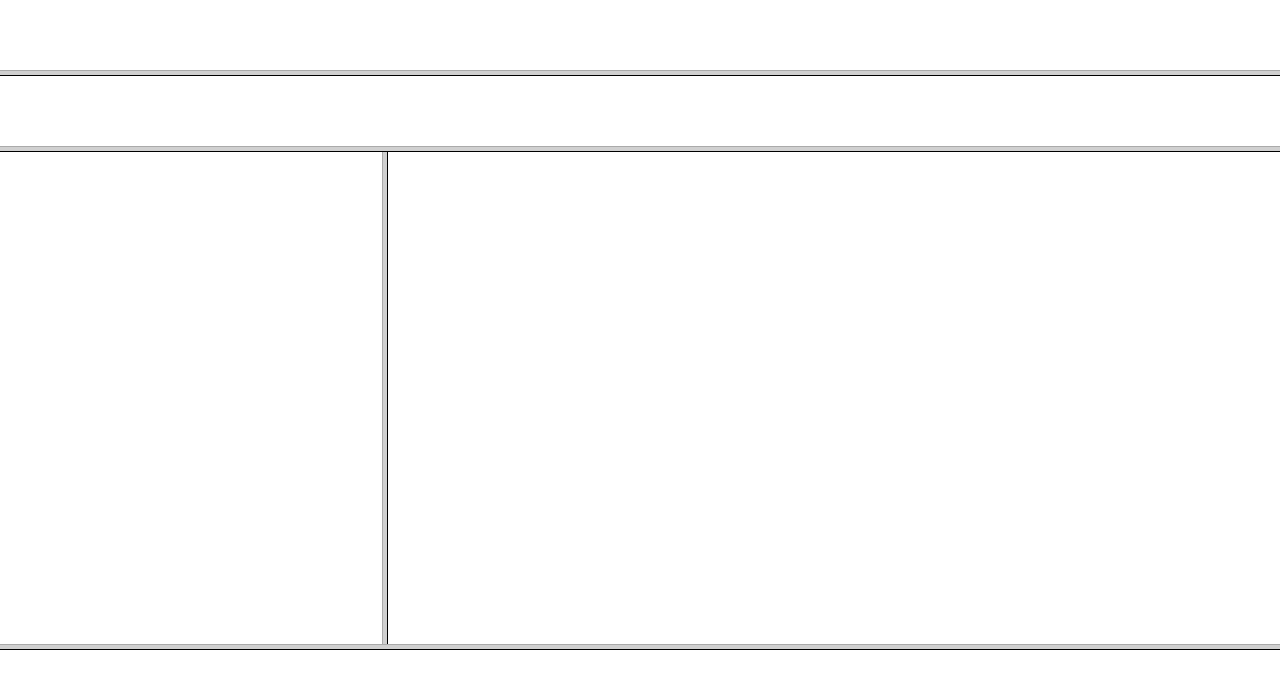
Repository: AHSANS354/tugas-sib5
Page: tugas/index.html
The author's editor kept a copy of each file at every save. The page is drawn from the files as they stood at one save, then again after the next save.
The browser window is 1280 px wide. The pictures show the whole page.

Above is the page before, as saved 2023-08-28 13:04:04.

### tugas/index.html
<frameset rows="10%,10%,*,10%">
    <frame>
        <frame>
        <frameset cols="30%,*">
            <frame>
                <frame>
        </frameset>
    <frame>
</frameset>

### tugas/header.html
<body>
  <h1>welcome to my website</h1>
</body>

After the next save:
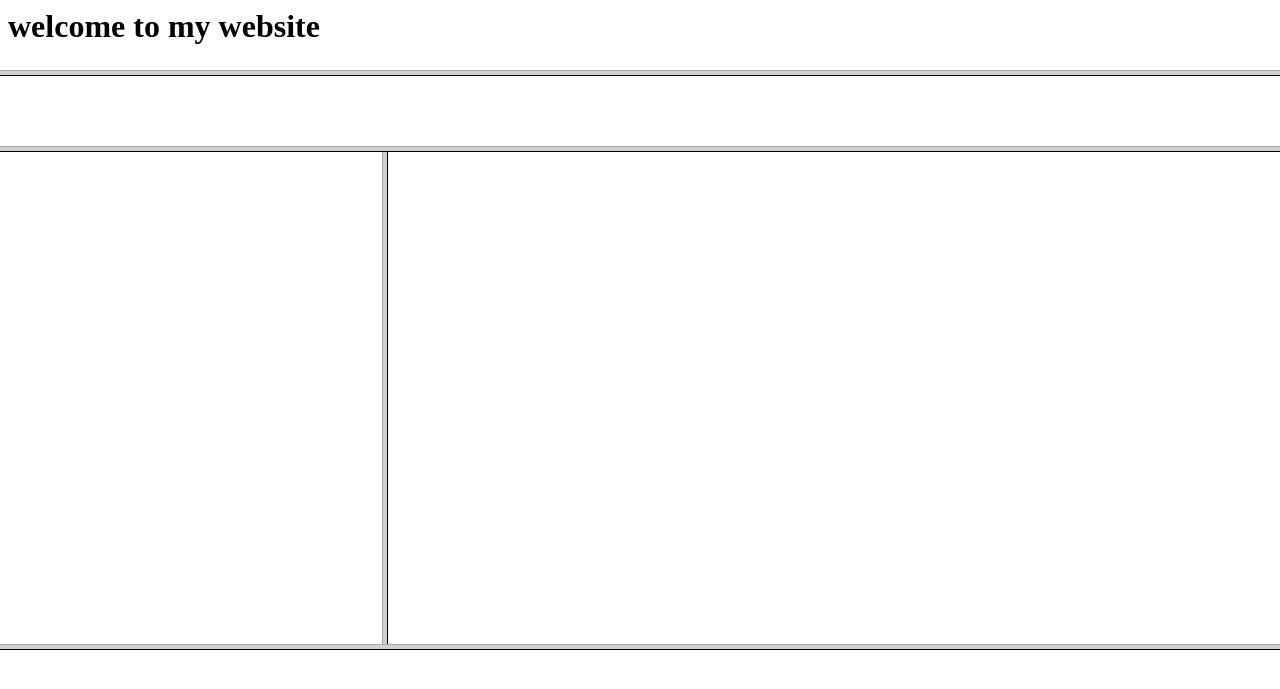
Saved 47 s later.
--- a/tugas/index.html
+++ b/tugas/index.html
@@ -1,5 +1,5 @@
 <frameset rows="10%,10%,*,10%">
-    <frame>
+    <frame src="header.html">
         <frame>
         <frameset cols="30%,*">
             <frame>
